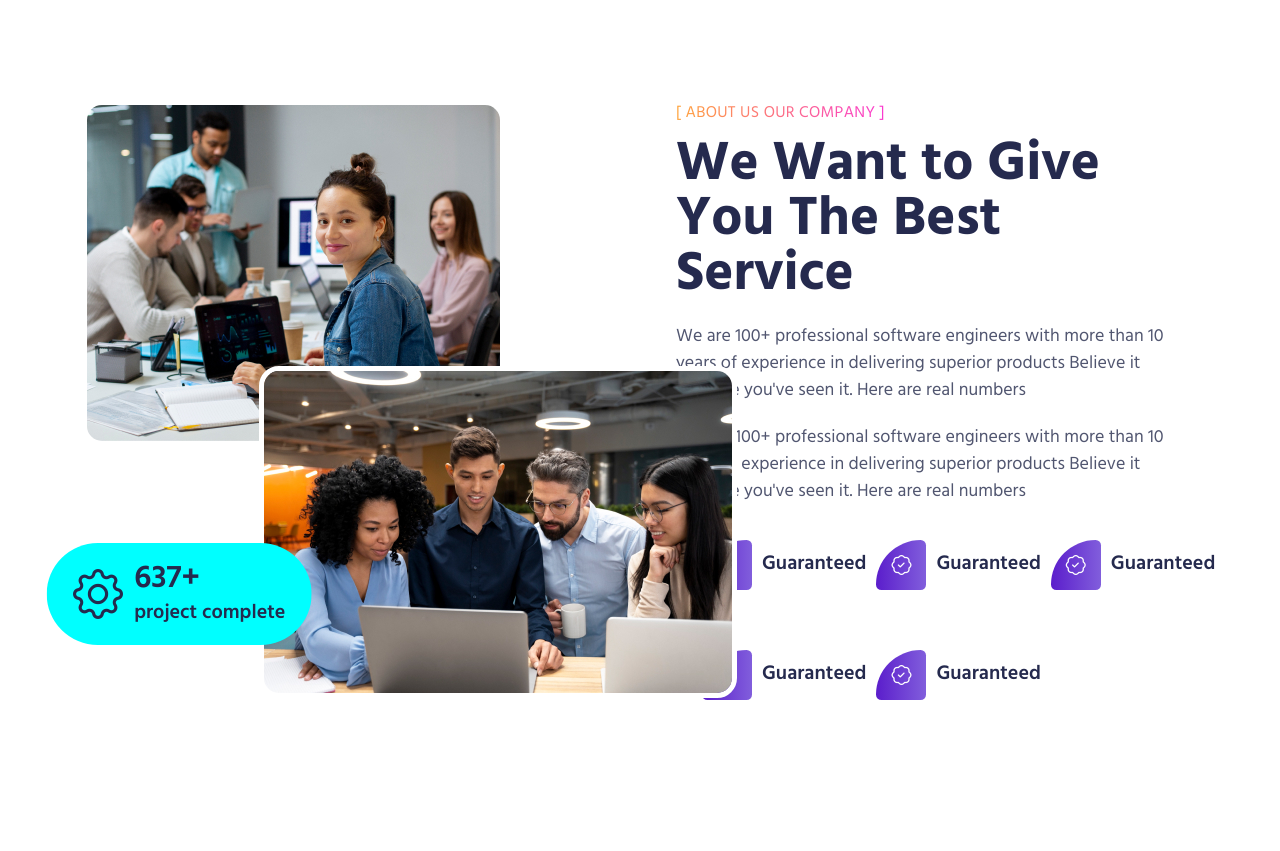
Repository: tagnam/mirehel2.0
Page: about.html
These files come from the project's save history. The page is drawn as it stood at one moment and after the next save; the edit follows.
The browser window is 1280 px wide. The pictures show the whole page.

Above is the page before, as saved 2025-02-03 12:33:18.

After the next save:
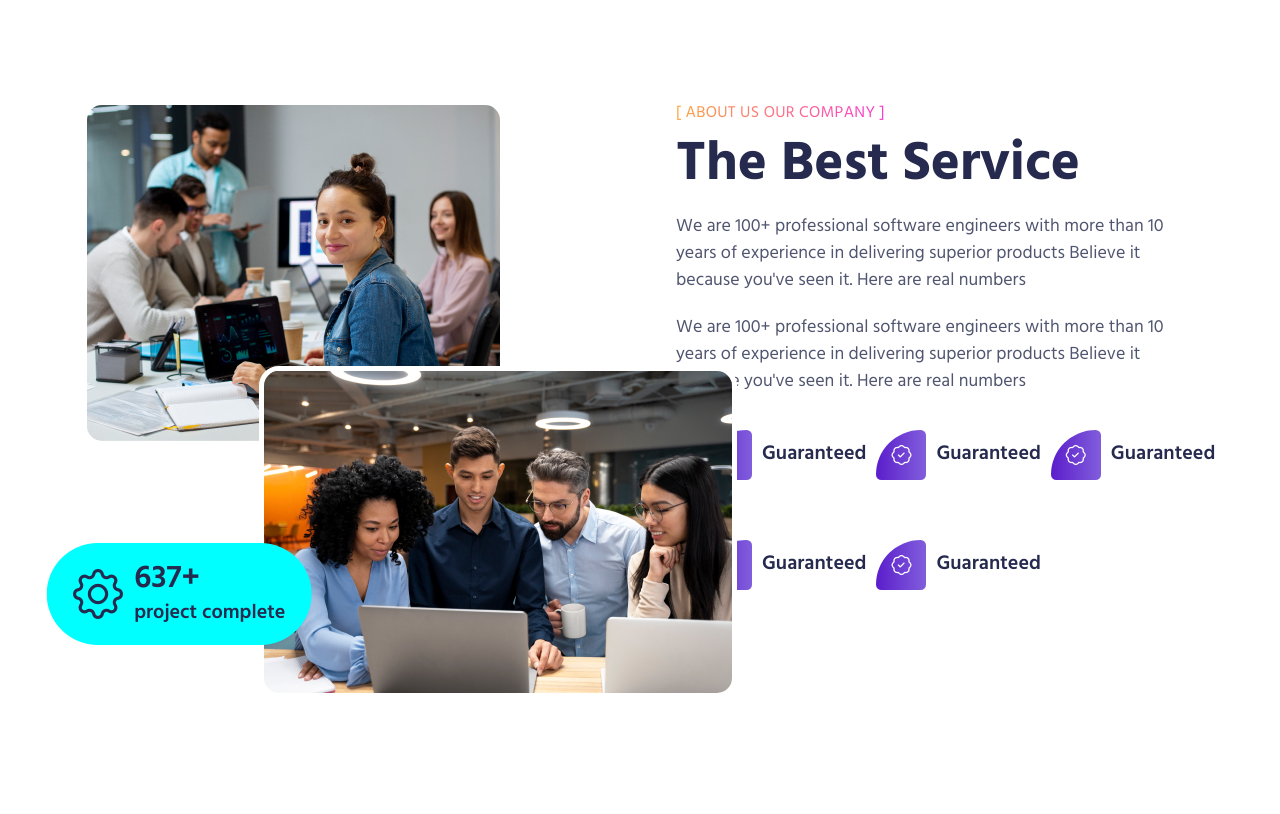
Saved 27 s later.
--- a/about.html
+++ b/about.html
@@ -40,7 +40,7 @@
 
 
                             <h3 class="sub-heading">[ about us our company ]</h3>
-                            <h1 class="title">We Want to Give You  The Best Service</h1>
+                            <h1 class="title">The Best Service</h1>
 
 
                             <div class="about-text">
